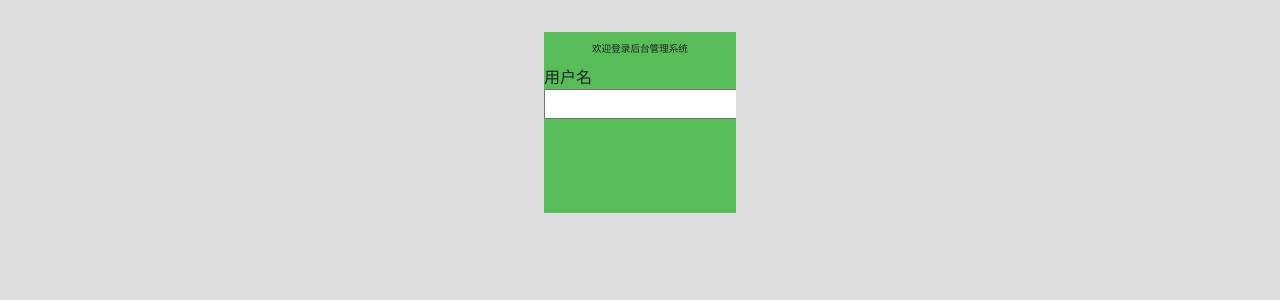
Repository: gzh51904/baiyangApp
Page: / (app in houtai/Vue-admin/)
An editor plug-in stored every save of this project. The page is shown before and after the next save, followed by the edit.
The browser window is 1280 px wide. The pictures show the whole page.
The project was rebuilt for these pictures with package versions that can differ from the ones it lists, and the page was loaded fresh each time. Also part of the build but not shown: houtai/Vue-admin/vue.config.js.

Above is the page before, as saved 2019-05-11 10:43:24.

After the next save:
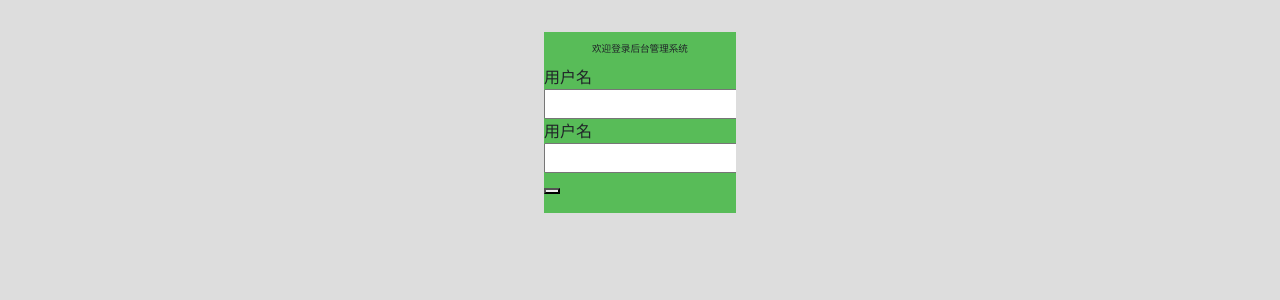
Saved 2 min 54 s later.
--- a/houtai/Vue-admin/src/pages/login.vue
+++ b/houtai/Vue-admin/src/pages/login.vue
@@ -4,8 +4,15 @@
     <div class="login-form">
         <div>
             <span>用户名</span>
-            <input type="text" id="user">
+            <input type="text" id="username">
         </div>
+        <div>
+              <span>用户名</span>
+            <input type="text" id="username">
+        </div>
+        <div>
+            <button></button>
+            </div>
     </div>
 
 
